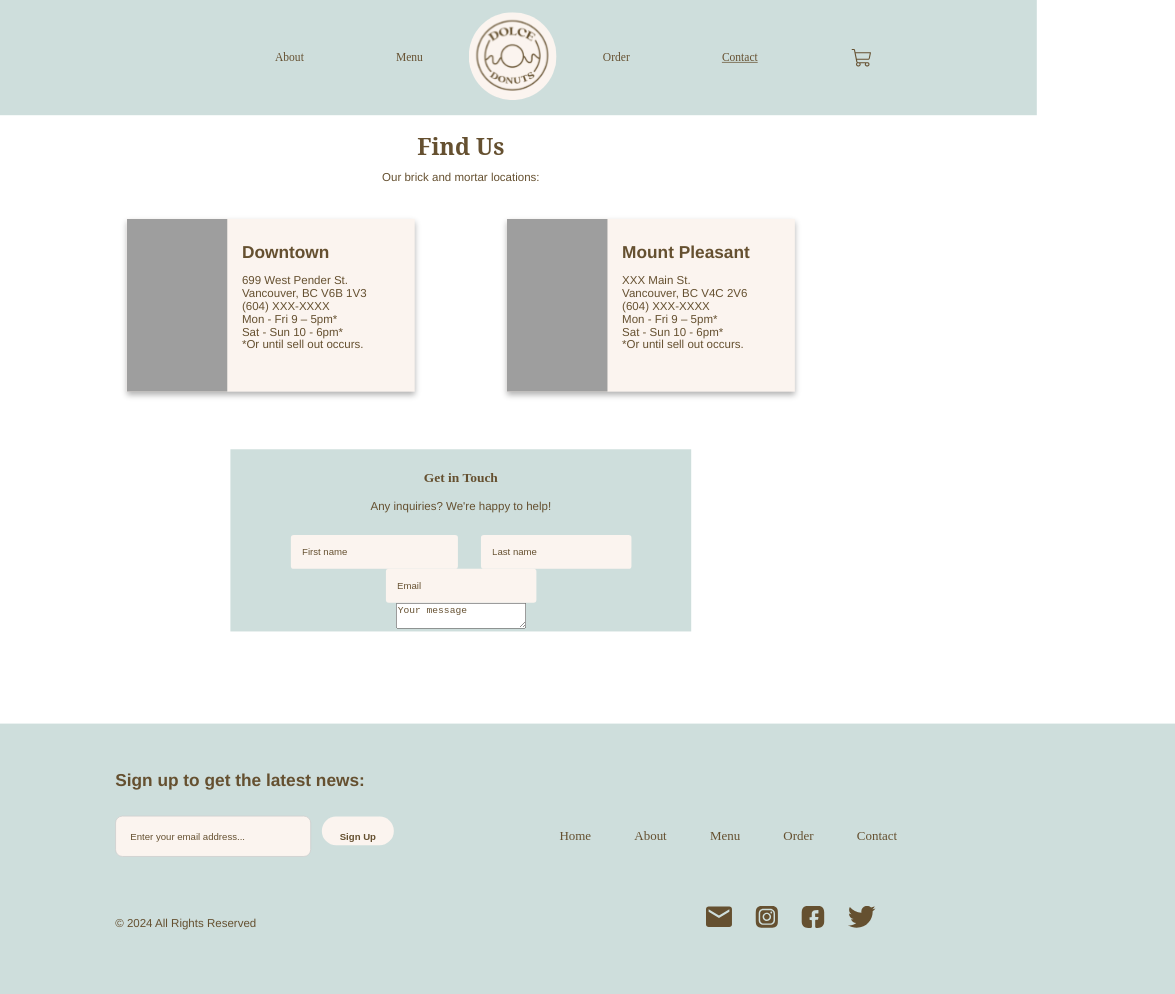
Repository: Crystalhtc/dolcedonuts
Page: /contact
An editor plug-in stored every save of this project. The page is shown before and after the next save, followed by the edit.
The browser window is 1280 px wide. The page is 1632 px wide, so the pictures cover 1632 px, including what lies to the right of the window. The pictures show the whole page, at 72% of full size.
Pictures or frames that could not be fetched are drawn as grey boxes. The project was rebuilt for these pictures with package versions that can differ from the ones it lists, and the page was loaded fresh each time. Also part of the build but not shown: vite.config.js, src/pages/Home.module.css, src/pages/Home.jsx, src/components/ProductCard/ProductCard.jsx, src/Data/products.js, src/pages/Order.css, src/pages/Menu.jsx, src/pages/Order.jsx and 13 more.

Above is the page before, as saved 2024-10-20 15:25:02.

After the next save:
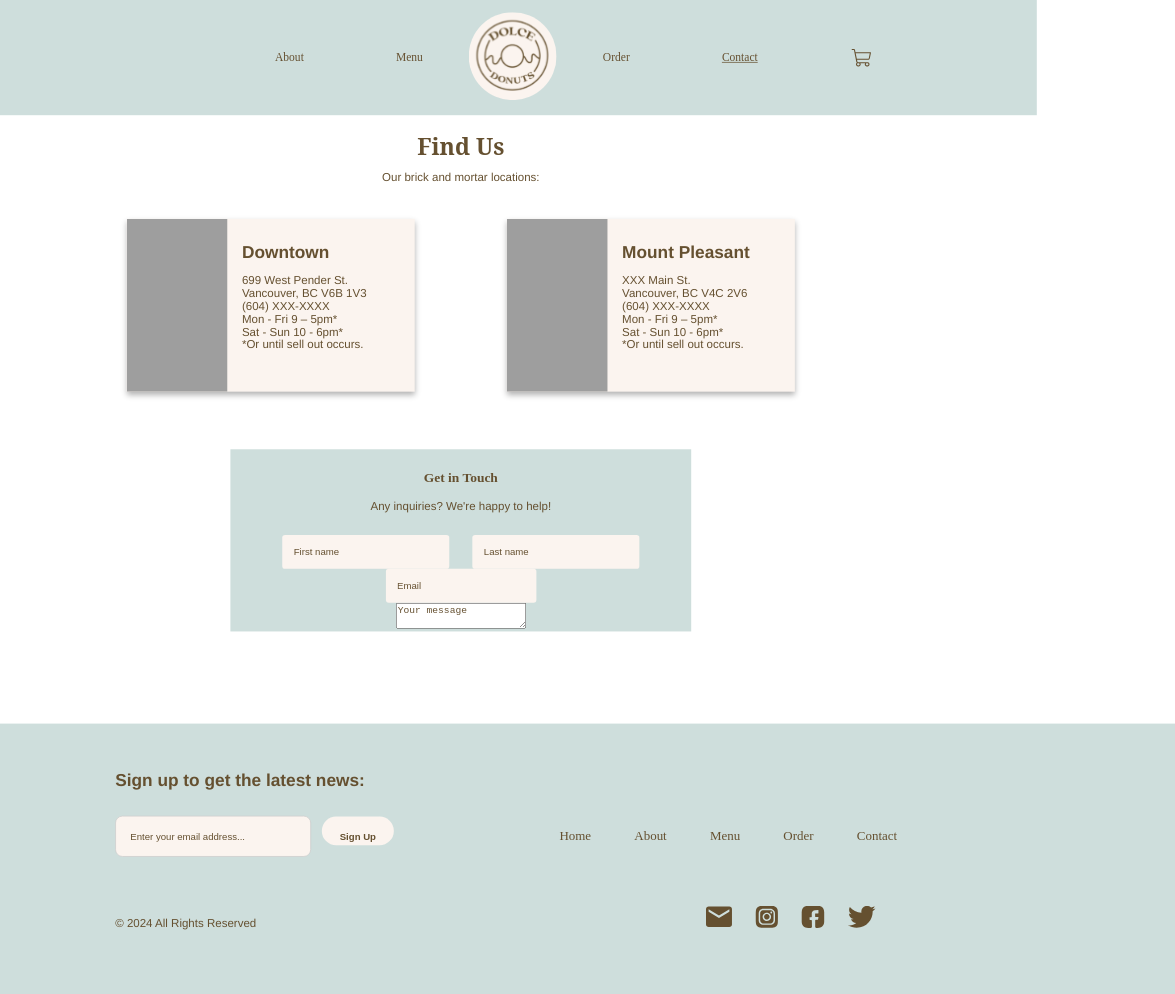
Saved 12 s later.
--- a/src/components/ContactUsForm/ContactForm.jsx
+++ b/src/components/ContactUsForm/ContactForm.jsx
@@ -38,6 +38,7 @@ export default function Form() {
                             </div>
                             <div className={styles.nameField}>
                                 <input
+                                    className={styles.inputWidth}
                                     name="lastName"
                                     placeholder="Last name"
                                     type="text"
